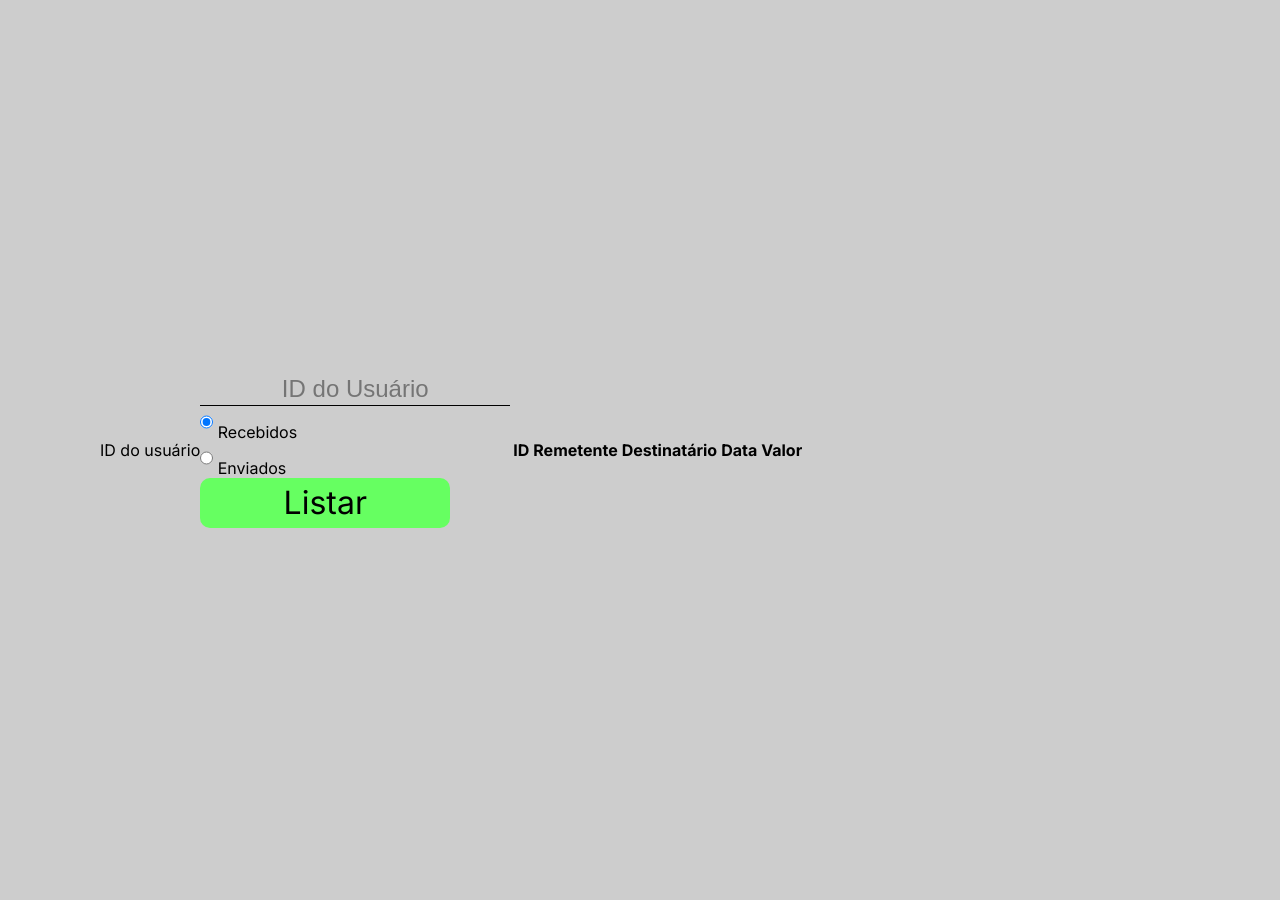
Repository: mateusilva8/tarefa-pix
Page: frontend/index.html
These files come from the project's save history. The page is drawn as it stood at one moment and after the next save; the edit follows.
The browser window is 1280 px wide. The pictures show the whole page.

Above is the page before, as saved 2023-10-22 14:38:33.

### frontend/index.html
<!DOCTYPE html>
<html lang="pt-BR">
<head>
  <meta charset="UTF-8">
  <meta name="viewport" content="width=device-width, initial-scale=1.0">
  <title>CRIE_TI PIX</title>
  <link rel="stylesheet" href="./css/index.css">
  <link rel="preconnect" href="https://fonts.googleapis.com">
  <link rel="preconnect" href="https://fonts.gstatic.com" crossorigin>
  <link href="https://fonts.googleapis.com/css2?family=Inter:wght@400;700&display=swap" rel="stylesheet">
</head>
<body>
  <div class="container">
    <form id="formulario" class="formulario">
      <label for="id">ID do usuário</label>
      <div class="formulario-body">
        <input class="idInput" type="number" placeholder="ID do Usuário" id="id"></input>
        <div class="formulario-select">
          <div class="form-check">
            <input class="form-check-input" type="radio" name="exampleRadios" id="exampleRadios1" value="received" checked>
            <label class="form-check-label" for="exampleRadios1">Recebidos</label>
          </div>
          <div class="form-check">
            <input class="form-check-input" type="radio" name="exampleRadios" id="exampleRadios2" value="sent">
            <label class="form-check-label" for="exampleRadios2">Enviados</label>
          </div>
          <button type="button" class="btn btn-success" id="botaoListar">Listar</button>
        </div>
      </div>

      <table class="table table-bordered">
        <thead>
          <tr>
            <th scope="col">ID</th>
            <th scope="col">Remetente</th>
            <th scope="col">Destinatário</th>
            <th scope="col">Data</th>
            <th scope="col">Valor</th>
          </tr>
        </thead>
        <tbody id="pix-list"></tbody>
      </table>
    </div>


  <script src="https://code.jquery.com/jquery-3.3.1.slim.min.js" integrity="sha384-q8i/X+965DzO0rT7abK41JStQIAqVgRVzpbzo5smXKp4YfRvH+8abtTE1Pi6jizo" crossorigin="anonymous"></script>
  <script src="https://cdnjs.cloudflare.com/ajax/libs/popper.js/1.14.3/umd/popper.min.js" integrity="sha384-ZMP7rVo3mIykV+2+9J3UJ46jBk0WLaUAdn689aCwoqbBJiSnjAK/l8WvCWPIPm49" crossorigin="anonymous"></script>
  <script src="./js/index.js"></script>
</body>
</html>

### frontend/css/index.css
body {
    margin: 0;
    padding: 0;
    font-family: 'Inter', sans-serif;
    background-color: #cdcdcd;
}


.container {
    display: flex;
    flex-direction: column;
    height: 700px;
    margin: 100px;
    justify-content: center;
    align-items: center;
}

.formulario {
    width: 100%;
    display: flex;
    flex-direction: row;
    align-items: center;
}

.formulario form {
    width: 500px;
    display: flex;
    flex-direction: column;
    align-items: center;
}

.mb-3 {
    display: flex;
    flex-direction: column;
    width: 100%;
    margin-bottom: 50px;
    font-size: 2rem;
    text-align: center;
}

input[type=number]::-webkit-inner-spin-button,
    input[type=number]::-webkit-outer-spin-button {
        -webkit-appearance: none;
        margin: 0;
    }

input {
    height: 2rem;
    margin: 0;
    padding: 0;
    border: none;
    border-bottom: 1px solid #000;
    outline: none;
    font-size: 1.5rem;
    text-align: center;
    background-color: #cdcdcd;

    &:focus {
        border-bottom: 2px solid #00f;
    }
}

.btn {
    width: 250px;
    height: 50px;
    font-size: 2rem;
    font-family: 'Inter';
    font-weight: 400;
    background-color: rgb(102, 255, 97);
    border: 0;
    border-radius: 10px;
}

### frontend/js/index.js
let userId = document.getElementById('id');
let type = document.querySelector('#form-check-input:checked');

let form = document.getElementById('formulario');

let pixList = document.getElementById("pix-list");

async function getPixUsuario() {
    let payload = {
        userId: userId.value,
        type: form.exampleRadios.value,
      };

      console.log(JSON.stringify(payload));

      let resposta = await fetch(`http://localhost:3000/pix-api/pix/usuarios`, {
        method: 'POST',
        headers: {
            "Content-type" : 'application/json',
            "Acccept": 'appplication/json'
        },
        body: JSON.stringify(payload)
      });

      let listaPix = await resposta.json();

      console.log(listaPix);

    for (let pix of listaPix) {

      let tr = document.createElement("tr");
      let tdId = document.createElement("th");
      let tdRemetente = document.createElement("td");
      let tdDestinatario = document.createElement("td");
      let tdData = document.createElement("td");
      let tdValor = document.createElement("td");

      let id = pix.id;
      let remetente = pix.sender.name;
      let destinatario = pix.recipient.name;
      let data = pix.createdAt;
      let valor = `R$ ${pix.value}`;

      let dataHora = new Date(data);
      let dia = adicionarZero(dataHora.getDate());
      let mes = adicionarZero(dataHora.getMonth());
      let ano = adicionarZero(dataHora.getFullYear());
      let hora = `${adicionarZero(dataHora.getHours())}:${adicionarZero(dataHora.getMinutes())}`;

      let dataFormatada = `${dia}/${mes}/${ano} às ${hora}H`

      tdId.innerText = id;
      tdRemetente.innerText = remetente;
      tdDestinatario.innerText = destinatario;
      tdData.innerText = dataFormatada;
      tdValor.innerText = valor.replace('.',',');

      tr.appendChild(tdId);
      tr.appendChild(tdRemetente);
      tr.appendChild(tdDestinatario);
      tr.appendChild(tdData);
      tr.appendChild(tdValor);
      pixList.appendChild(tr);
    }
  }

  function adicionarZero (numero) {
    if(String(numero).length == 1) {
        numero = '0' + numero;
      }

    return numero;
  }

  let botaoListar = document.getElementById('botaoListar');
  botaoListar.addEventListener('click', () => {
    pixList.innerHTML = '';
    getPixUsuario();
  })

After the next save:
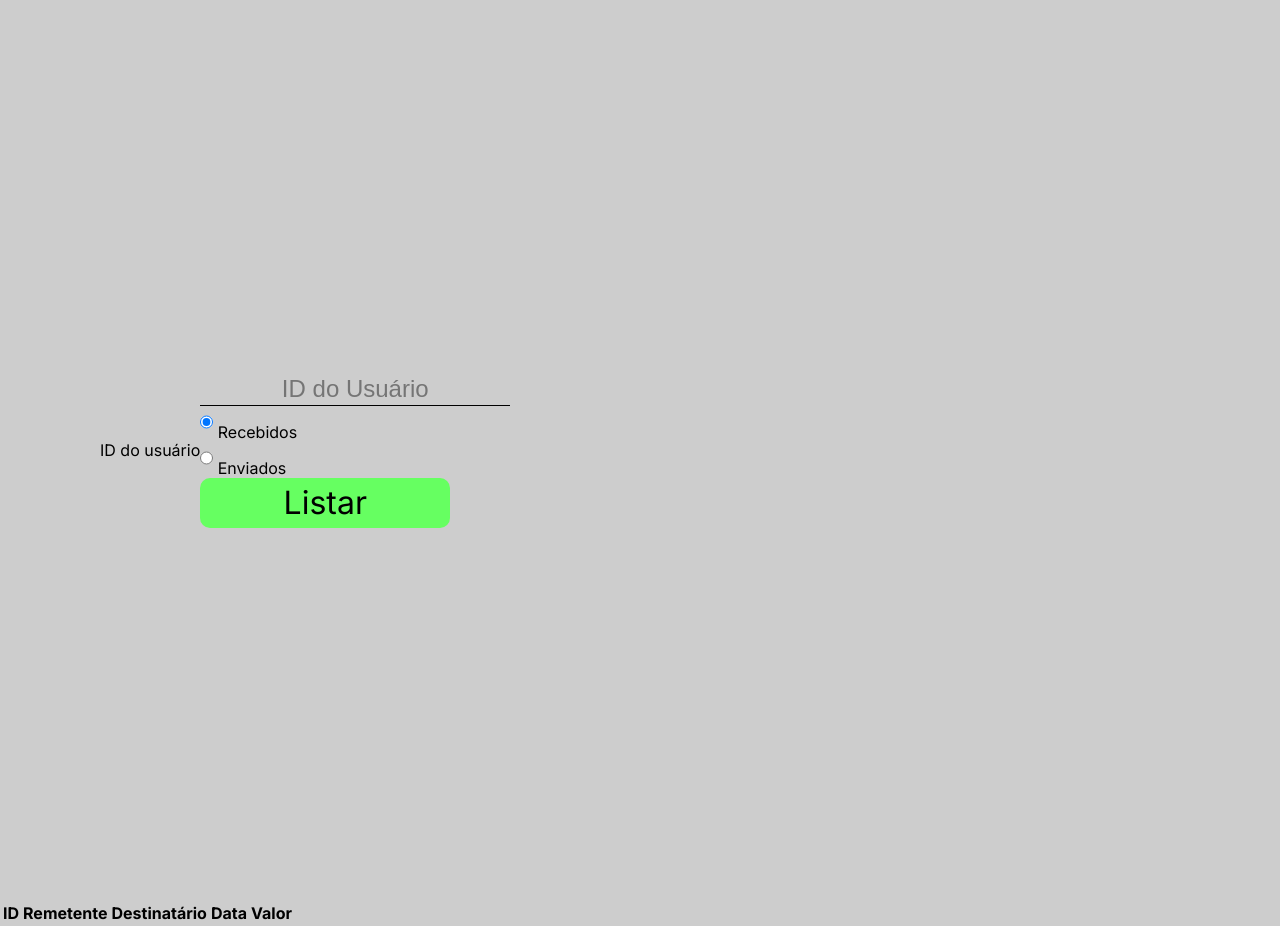
Saved 2 min 11 s later.
--- a/frontend/index.html
+++ b/frontend/index.html
@@ -26,6 +26,8 @@
           </div>
           <button type="button" class="btn btn-success" id="botaoListar">Listar</button>
         </div>
+        </div>
+    </form>
       </div>
 
       <table class="table table-bordered">
